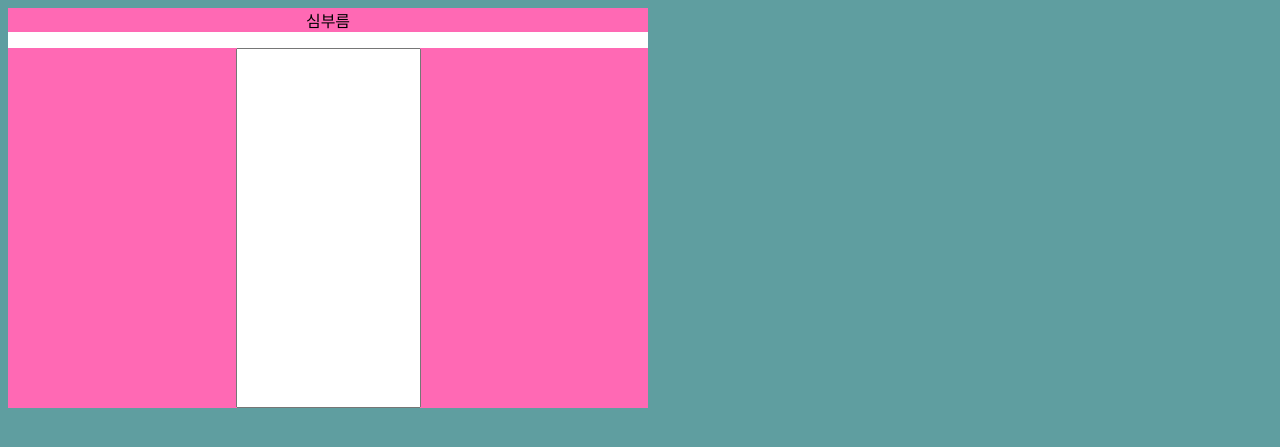
Repository: GoodHoneyCake/Dream_Coding_Academy5
Page: shopping_list/index.html
The author's editor kept a copy of each file at every save. The page is drawn from the files as they stood at one save, then again after the next save.
The browser window is 1280 px wide. The pictures show the whole page.
Some web libraries are served in a nearby version.

Above is the page before, as saved 2021-01-29 17:56:49.
Console error: TypeError: Cannot read properties of null (reading 'addEventListener')

After the next save:
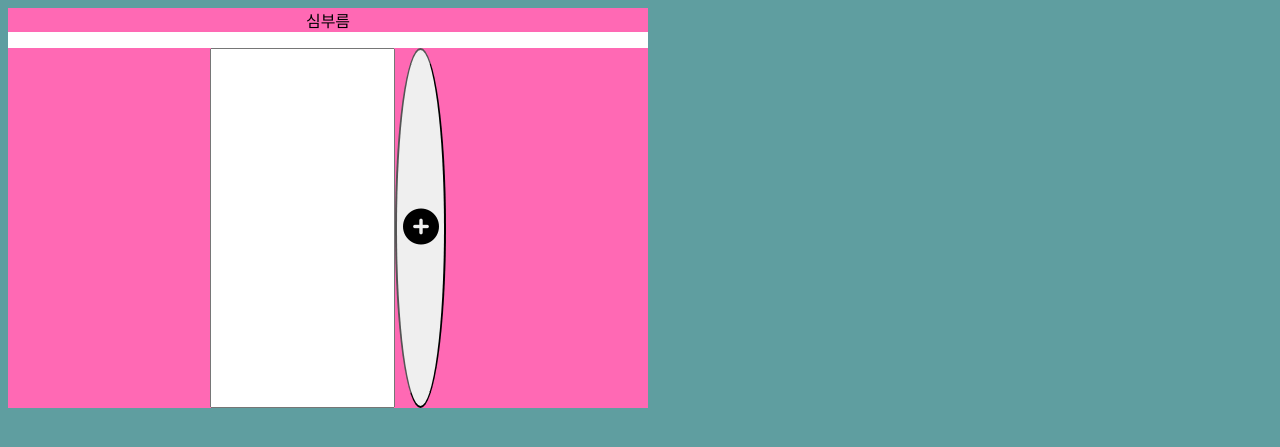
Saved 41 s later.
--- a/shopping_list/index.html
+++ b/shopping_list/index.html
@@ -17,6 +17,9 @@
       <ul class="items"></ul>
       <footer class="footer">
         <input type="text" class="footer__input" />
+        <button class="footer__btn">
+          <i class="fas fa-plus-circle"></i>
+        </button>
       </footer>
     </section>
   </body>
